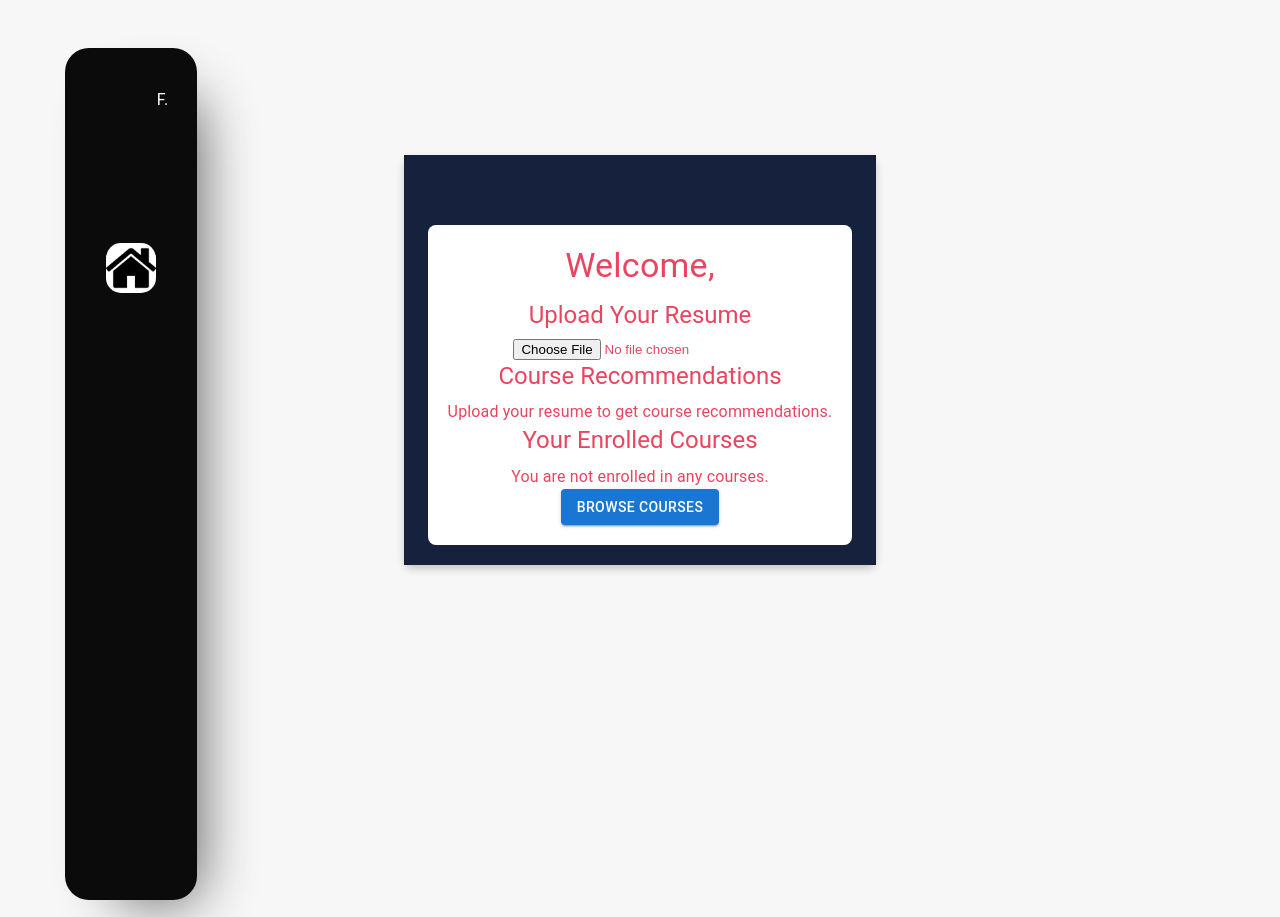
Repository: jvt2/OnlineCourseApp
Page: /dashboard
An editor plug-in stored every save of this project. The page is shown before and after the next save, followed by the edit.
The browser window is 1280 px wide. The pictures show the whole page.
The page's requests for data from a server got no answer. The project was rebuilt for these pictures with package versions that can differ from the ones it lists, and the page was loaded fresh each time. No one was signed in, and anything a server would have sent is missing. Also part of the build but not shown: src/features/auth/Register.js, src/features/auth/Login.js, src/features/courses/ResumeUpload.js, src/features/courses/CourseRecommendations.js, src/components/common/MyModal.js, src/features/courses/CourseCatalog.js, src/features/courses/CourseDetail.js, src/components/common/Navbar.js and 3 more. Imported but missing from the stored project, and not drawn on this page: src/app/reportWebVitals.

Above is the page before, as saved 2024-07-14 21:32:00.

### src/index.js
import React from 'react';
import ReactDOM from 'react-dom/client';
import { Provider } from 'react-redux';
import store from './redux/store';
import './index.css';
import App from './app/App';
import reportWebVitals from './app/reportWebVitals';

const root = ReactDOM.createRoot(document.getElementById('root'));
root.render(
  <React.StrictMode>
    <App />
  </React.StrictMode>
);

// If you want to start measuring performance in your app, pass a function
// to log results (for example: reportWebVitals(console.log))
// or send to an analytics endpoint. Learn more: https://bit.ly/CRA-vitals
reportWebVitals();

### src/redux/store.js
// src/redux/store.js

import { configureStore } from '@reduxjs/toolkit';
import userReducer from './userReducer';

const store = configureStore({
  reducer: {
    user: userReducer,
  },
});

export default store;

### src/app/App.js
import { BrowserRouter as Router, Route, Routes } from 'react-router-dom';
import React, { useState } from 'react';
import logo from '../logo.svg';
import './App.css';
import Register from '../features/auth/Register';
import Login from '../features/auth/Login';
import CourseCatalog from '../features/courses/CourseCatalog';
import CourseDetail from '../features/courses/CourseDetail';
import UserDashboard from '../features/dashboard/Dashboard';
import Navbar from '../components/common/Navbar';
import { Provider } from 'react-redux';
import store from '../redux/store'; // import your Redux store here
import Logout from '../features/auth/Logout'; // Import the Logout component
import Chatbot from '../features/chatbot/Chatbot';
import CourseRecommendations from '../features/courses/CourseRecommendations';
import axios from 'axios';
import ResumeUpload from '../features/courses/ResumeUpload';
import LandingPage from '../components/common/LandingPage';

function App() {
  const [loggedIn, setLoggedIn] = useState(false);
  const [users, setUsers] = useState([]);
  const [currentUser, setCurrentUser] = useState(null);
  const [recommendations, setRecommendations] = useState([]);

  const handleResumeUpload = (newRecommendations) => {
    console.log('New Recommendations:', newRecommendations);
    setRecommendations(newRecommendations);
  };

  const [courses, setCourses] = useState([
    {id: 1, name: 'Course 1', description: 'This is course 1'},
    {id: 2, name: 'Course 2', description: 'This is course 2'}
  ]);

  const handleRegister = async (username, password) => {
    try {
      const response = await axios.post('http://localhost:3001/register', { username, password });
      alert(response.data.message);
      // Log in the new user if registration is successful
      handleLogin(username, password);
    } catch (error) {
      alert(error.response.data.message);
    }
  };

  const handleLogin = async (username, password) => {
    try {
      const response = await axios.post('http://localhost:3001/login', { username, password });
      localStorage.setItem('token', response.data.token);
      setLoggedIn(true);
      setCurrentUser({ username });
    } catch (error) {
      alert('Login failed. Please check your username and password.');
    }
  };

  const handleEnroll = async (course) => {
    try {
      const token = localStorage.getItem('token');
      await axios.post('http://localhost:3001/enroll', { courseId: course.id }, {
        headers: { 'Authorization': `Bearer ${token}` }
      });
      setEnrolledCourses([...enrolledCourses, course]);
    } catch (error) {
      console.error('Enrollment failed', error);
    }
  };

  const [enrolledCourses, setEnrolledCourses] = useState([]);
  const [isModalOpen, setIsModalOpen] = useState(false);

  const handleSelectRecommendation = (recommendation) => {
    const newCourse = {
      id: courses.length + 1,
      name: recommendation.text,
      description: 'This is a recommended course based on your resume.'
    };

    setCourses([...courses, newCourse]);
    setEnrolledCourses([...enrolledCourses, newCourse]);
    setIsModalOpen(false);
  };

  return (
    <Provider store={store}>
      <Router>
        <div className="App">
          <Routes>
            <Route path="/" element={<LandingPage />} />
            <Route path="/register" element={<Register />} />
            <Route path="/login" element={<Login />} />
            <Route path="/dashboard" element={<UserDashboard />} /> {/* Added this line */}
          </Routes>
        </div>
      </Router>
    </Provider>
  );
}

export default App;

### src/redux/userReducer.js
// src/redux/userReducer.js
// src/redux/userReducer.js
import { createSlice } from '@reduxjs/toolkit';

const initialState = {
  id: null,
  email: null,
  token: null,
};

const userSlice = createSlice({
  name: 'user',
  initialState,
  reducers: {
    logIn(state, action) {
      state.id = action.payload.id;
      state.email = action.payload.email;
      state.token = action.payload.token;
    },
    logOut(state) {
      state.id = null;
      state.email = null;
      state.token = null;
    },
  },
});

export const { logIn, logOut } = userSlice.actions;
export default userSlice.reducer;

### src/app/App.css
/* App.css */
:root {
  --primary-bg-color: #1E1E2F;
  --secondary-bg-color: #282840;
  --primary-text-color: #F5F5F5;
  --link-color: #61dafb;
  --accent-color: #FF6B6B;
  --navbar-height: 4rem;
  --content-padding: 20px;
  --border-radius: 8px;
  --transition-duration: 0.3s;
  --gradient-bg-color: linear-gradient(120deg, #84fab0 0%, #8fd3f4 100%);
}

.App {
  text-align: center;
  font-family: 'Arial', sans-serif;
  background-color: var(--primary-bg-color);
}

.App-logo {
  height: 40vmin;
  pointer-events: none;
  filter: drop-shadow(0 0 10px var(--accent-color));
}

.App-header {
  background-color: var(--secondary-bg-color);
  min-height: 100vh;
  display: flex;
  flex-direction: column;
  align-items: center;
  justify-content: center;
  font-size: calc(10px + 2vmin);
  color: var(--primary-text-color);
  border-bottom-left-radius: var(--border-radius);
  border-bottom-right-radius: var(--border-radius);
}

.App-link {
  color: var(--link-color);
  transition: color var(--transition-duration);
}

.App-link:hover {
  color: var(--accent-color);
}

@media (prefers-reduced-motion: no-preference) {
  .App-logo {
    animation: App-logo-spin infinite 20s linear;
  }
}

@keyframes App-logo-spin {
  from {
    transform: rotate(0deg);
  }
  to {
    transform: rotate(360deg);
  }
}

.site-navbar {
  display: flex;
  align-items: center;
  background: var(--gradient-bg-color);
  padding: 10px 20px;
  height: var(--navbar-height);
  font-weight: 500;
  box-shadow: 0 4px 6px rgba(0, 0, 0, 0.1);
}

.navbar-nav {
  display: flex;
  align-items: center;
  list-style: none;
  margin: 0;
  padding: 0;
  flex-grow: 1;
  justify-content: center;
}

.nav-item {
  display: flex;
  align-items: center;
  justify-content: center;
  text-decoration: none;
  color: var(--primary-text-color);
  padding: 15px 25px;
  transition: all 0.3s ease-in-out;
  border-radius: var(--border-radius);
  position: relative;
}

.nav-item:before {
  content: '';
  position: absolute;
  top: 0;
  left: 0;
  width: 0;
  height: 100%;
  background: var(--accent-color);
  border-radius: var(--border-radius);
  transition: width 0.3s ease-in-out;
  z-index: -1;
}

.nav-item:hover:before {
  width: 100%;
}

.nav-item:hover {
  color: var(--secondary-bg-color);
  box-shadow: 0 4px 8px rgba(0, 0, 0, 0.2);
  text-decoration: none;
}

.navbar-brand {
  margin-right: auto;
  color: var(--primary-text-color);
  font-size: 1.5em;
  font-weight: bold;
}

.App-content {
  padding: var(--content-padding);
  color: var(--primary-text-color);
}

.App-footer {
  text-align: center;
  padding: var(--content-padding);
  background-color: var(--secondary-bg-color);
  color: var(--primary-text-color);
  box-shadow: 0 -4px 6px rgba(0, 0, 0, 0.1);
}

.course-recommendations {
  width: 80%;
  margin: auto;
  background: #f9f9f9;
  padding: 20px;
  border-radius: 5px;
  box-shadow: 0px 0px 10px rgba(0, 0, 0, 0.1);
}

.course-recommendations h2 {
  text-align: center;
  color: #333;
}

.course-recommendations .course {
  padding: 10px 0;
  border-bottom: 1px solid #eee;
}

.course-recommendations .course:last-child {
  border-bottom: none;
}

.course-recommendations .course button {
  margin-left: 10px;
}

body {
  background-color: #1a1a2e;
  color: #e94560;
}

.MuiContainer-root {
  background-color: #16213e;
  border-radius: 8px;
  padding: 20px;
  box-shadow: 0 4px 8px rgba(0, 0, 0, 0.2);
}

.customTextField .MuiInputBase-input {
  color: #fff;
  background-color: rgba(255, 255, 255, 0.1);
}

.customTextField .MuiInputLabel-root {
  color: rgba(255, 255, 255, 0.7);
}

.customTextField .MuiInputLabel-root.Mui-focused {
  color: #fff;
}

.customTextField .MuiOutlinedInput-root {
  &.Mui-focused .MuiOutlinedInput-notchedOutline {
    border-color: #fff;
  }
  & .MuiOutlinedInput-notchedOutline {
    border-color: rgba(255, 255, 255, 0.5);
  }
}

### src/features/dashboard/Dashboard.js
// src/features/dashboard/Dashboard.js
import React, { useEffect, useState } from 'react';
import axios from 'axios';
import { useSelector } from 'react-redux';
import { Container, Typography, Button, Box, List, ListItem, ListItemText } from '@mui/material';
import { useNavigate } from 'react-router-dom';
import './Dashboard.css'; // Correct import for CSS

function Dashboard() {
  const [enrolledCourses, setEnrolledCourses] = useState([]);
  const [recommendations, setRecommendations] = useState([]);
  const token = useSelector(state => state.user.token);
  const userId = useSelector(state => state.user.id);
  const userEmail = useSelector(state => state.user.email);
  const navigate = useNavigate();

  useEffect(() => {
    const fetchEnrolledCourses = async () => {
      try {
        const response = await axios.get(`http://localhost:3001/user/${userId}/courses`, {
          headers: { Authorization: `Bearer ${token}` }
        });
        setEnrolledCourses(response.data);
      } catch (error) {
        console.error('Error fetching enrolled courses:', error);
      }
    };

    const fetchRecommendations = async () => {
      try {
        const response = await axios.get(`http://localhost:3001/user/${userId}/recommendations`, {
          headers: { Authorization: `Bearer ${token}` }
        });
        setRecommendations(response.data);
      } catch (error) {
        console.error('Error fetching recommendations:', error);
      }
    };

    fetchEnrolledCourses();
    fetchRecommendations();
  }, [userId, token]);

  const handleResumeUpload = async (event) => {
    const formData = new FormData();
    formData.append('resume', event.target.files[0]);

    try {
      const response = await axios.post('http://localhost:3001/uploadResume', formData, {
        headers: {
          'Content-Type': 'multipart/form-data',
          Authorization: `Bearer ${token}`,
        },
      });
      setRecommendations(response.data.recommendations);
    } catch (error) {
      console.error('Error uploading resume:', error);
    }
  };

  return (
    <Container component="main" maxWidth="md">
      <Box className="sidebar">
        <div className="sidebar-blur"></div>
        <div className="sidebar-main">
          <Typography className="sidebar-logo">F.</Typography>
          <div className="sidebar-icon icon-home"></div>
          <div className="sidebar-icon icon-graduation"></div>
          <div className="sidebar-icon icon-user"></div>
          <div className="sidebar-icon icon-message"></div>
          <div className="sidebar-icon icon-settings"></div>
          <div className="sidebar-icon icon-logout"></div>
        </div>
      </Box>
      <Box className="dashboard-container">
        <Typography className="dashboard-header" variant="h4" gutterBottom>
          Welcome, {userEmail}
        </Typography>
        <Box className="upload-container">
          <Typography variant="h5" gutterBottom>
            Upload Your Resume
          </Typography>
          <input type="file" onChange={handleResumeUpload} accept=".pdf,.doc,.docx,.txt" />
        </Box>
        <Box className="recommendations-container">
          <Typography variant="h5" gutterBottom>
            Course Recommendations
          </Typography>
          {recommendations.length > 0 ? (
            <List>
              {recommendations.map((rec, index) => (
                <ListItem key={index}>
                  <ListItemText primary={rec.title} secondary={rec.description} />
                </ListItem>
              ))}
            </List>
          ) : (
            <Typography variant="body1">Upload your resume to get course recommendations.</Typography>
          )}
        </Box>
        <Box className="enrolled-courses-container">
          <Typography variant="h5" gutterBottom>
            Your Enrolled Courses
          </Typography>
          {enrolledCourses.length > 0 ? (
            <List>
              {enrolledCourses.map(course => (
                <ListItem key={course.id}>
                  <ListItemText primary={course.name} />
                </ListItem>
              ))}
            </List>
          ) : (
            <Typography variant="body1">You are not enrolled in any courses.</Typography>
          )}
        </Box>
        <Box className="button-container">
          <Button variant="contained" color="primary" onClick={() => navigate('/courses')}>
            Browse Courses
          </Button>
        </Box>
      </Box>
    </Container>


  );
}

export default Dashboard;

### src/features/auth/Logout.js
// Logout.js
import { useEffect } from 'react';
import { useDispatch } from 'react-redux';
import { useNavigate } from 'react-router-dom';
import { logOut } from '../../redux/reducers/userslice'; // Import the logOut action

function Logout() {
  const navigate = useNavigate();
  const dispatch = useDispatch();

  useEffect(() => {
    localStorage.removeItem('token'); // Remove the token from local storage
    dispatch(logOut()); // Dispatch the logOut action
    navigate('/login'); // Navigate to the login page
  }, [dispatch, navigate]);

  return null;
}

export default Logout;

### src/components/common/LandingPage.css
body {
    display: flex;
    justify-content: center;
    align-items: center;
    height: 100vh;
    background-color: #f7f7f7;
    margin: 0;
    font-family: 'Roboto', sans-serif;
  }

  .sign-in-container {
    display: flex;
    justify-content: center;
    align-items: center;
    height: 100%;
    width: 100%;
  }

  .sign-in-form {
    background-color: white;
    padding: 60px;
    border-radius: 10px;
    box-shadow: 0 4px 8px rgba(0, 0, 0, 0.1);
    text-align: center;
    max-width: 600px;
    width: 90%;
  }

  .logo {
    width: 200px;
    height: 200px;
    margin-bottom: 30px;
    background-color: white;
    border-radius: 10px;
  }

  h1 {
    margin: 0;
    font-size: 32px;
    font-weight: 700;
  }

  .subtitle {
    margin: 10px 0;
    color: #555;
    font-size: 18px;
  }

  .google-sign-in {
    background-color: #ffffff;
    color: #000;
    border: 1px solid #ccc;
    padding: 15px;
    width: 100%;
    border-radius: 5px;
    margin-bottom: 30px;
    display: flex;
    justify-content: center;
    align-items: center;
    cursor: pointer;
    font-size: 18px;
    font-weight: 500;
    transition: background-color 0.3s;
  }

  .google-sign-in:hover {
    background-color: #f0f0f0;
  }

  .google-logo {
    width: 25px;
    margin-right: 10px;
  }

  .separator {
    display: flex;
    align-items: center;
    text-align: center;
    margin: 30px 0;
    color: #aaa;
    font-size: 18px;
  }

  .separator::before,
  .separator::after {
    content: '';
    flex: 1;
    border-bottom: 1px solid #ccc;
  }

  .separator:not(:empty)::before {
    margin-right: .5em;
  }

  .separator:not(:empty)::after {
    margin-left: .5em;
  }

  .email-input,
  .password-input {
    width: 100%;
    padding: 15px;
    margin-bottom: 30px;
    border: 1px solid #ccc;
    border-radius: 5px;
    font-size: 18px;
    transition: border-color 0.3s;
  }

  .email-input:focus,
  .password-input:focus {
    border-color: #007bff;
    outline: none;
  }

  .continue-button {
    background-color: #9b51e0;
    color: white;
    border: none;
    padding: 15px;
    width: 100%;
    border-radius: 5px;
    font-size: 18px;
    font-weight: 500;
    cursor: pointer;
    transition: background-color 0.3s;
    margin-bottom: 10px; /* Add margin to separate the buttons */
  }

  .continue-button:hover {
    background-color: #7a3bc0;
  }

  .email-error {
    color: red;
    margin-top: 10px;
    font-size: 14px;
  }


  .back-button {
    background-color: #ccc;
    color: white;
    border: none;
    padding: 15px;
    width: 100%;
    border-radius: 5px;
    font-size: 18px;
    font-weight: 500;
    cursor: pointer;
    transition: background-color 0.3s;
    margin-bottom: 10px; /* Add margin to separate the buttons */
  }

  .back-button:hover {
    background-color: #aaa;
  }

  .sign-up-link {
    margin-top: 30px;
    color: #aaa;
    font-size: 18px;
  }

  .sign-up-link a {
    color: #9b51e0;
    text-decoration: none;
  }

  .sign-up-link a:hover {
    text-decoration: underline;
  }

### src/features/dashboard/Dashboard.css
/* Dashboard CSS */

/* General styles for the dashboard */
.dashboard-container {
    background: #FFFFFF;
    padding: 20px;
    border-radius: 8px;
    margin-top: 50px;
    text-align: center;
  }

  /* Sidebar styles */
  .sidebar {
    position: absolute;
    width: 132px;
    height: 853.12px;
    left: 32.34px;
    top: 24.02px;
    display: flex;
    flex-direction: column;
    align-items: center;
    justify-content: space-around; /* Evenly distribute space around the items */
    padding: 20px 0;
  }

  .sidebar-blur {
    position: absolute;
    width: 81.01px;
    height: 804px;
    left: 83.32px;
    top: 73.14px;
    background: #0C0B0B;
    opacity: 0.7;
    filter: blur(30px);
    border-radius: 24px;
  }

  .sidebar-main {
    position: absolute;
    width: 132px;
    height: 852px;
    left: 32.34px;
    top: 24.02px;
    background: #0C0B0B;
    border-radius: 24px;
  }

  .sidebar-logo {
    position: absolute;
    width: 47px;
    height: 102px;
    left: 74.46px;
    top: 39.67px;
    font-family: 'Baloo Bhai';
    font-style: normal;
    font-weight: 400;
    font-size: 64px;
    line-height: 102px;
    color: #FFFFFF;
    margin-bottom: 40px; /* Adjust as needed */
  }

  .sidebar-icon {
    position: absolute;
    width: 26px;
    height: 26px;
    left: 85.15px;
    margin-bottom: 30px; /* Adjust as needed */
  }

  .sidebar-icon.icon-home {
    width: 50px;
    height: 50px;
    background-image: url('/public/assets/home-icon-1.png');
    border-radius: 30%;
    position: absolute;
    left: 50%;
    transform: translateX(-50%);
    background-size: contain;
    background-repeat: no-repeat;
    top:22.84%;
  }

  .icon-graduation {
    top: 32.84%;
    background-position: center;
  }

  .icon-user {
    top: 42.46%;
    background-position: center;
  }

  .icon-message {
    top: 52.44%;
    background-position: center;
  }

  .icon-settings {
    top: 62.11%;
  }

  .icon-logout {
    top: 89.95%;
    background-position: center;
  }

  .icon-background {
    background: #FFFFFF;
    background-position: center;
  }

### src/redux/reducers/userslice.js
import { createSlice } from '@reduxjs/toolkit';

const userSlice = createSlice({
  name: 'user',
  initialState: { name: '', loggedIn: false },
  reducers: {
    logIn: (state, action) => {
      state.name = action.payload.name;
      state.loggedIn = true;
    },
    logOut: (state) => {
      state.name = '';
      state.loggedIn = false;
    }
  }
});

export const { logIn, logOut } = userSlice.actions;
export default userSlice.reducer;

Loaded but not shown: public/index.html (common file); src/index.css (common file)

After the next save:
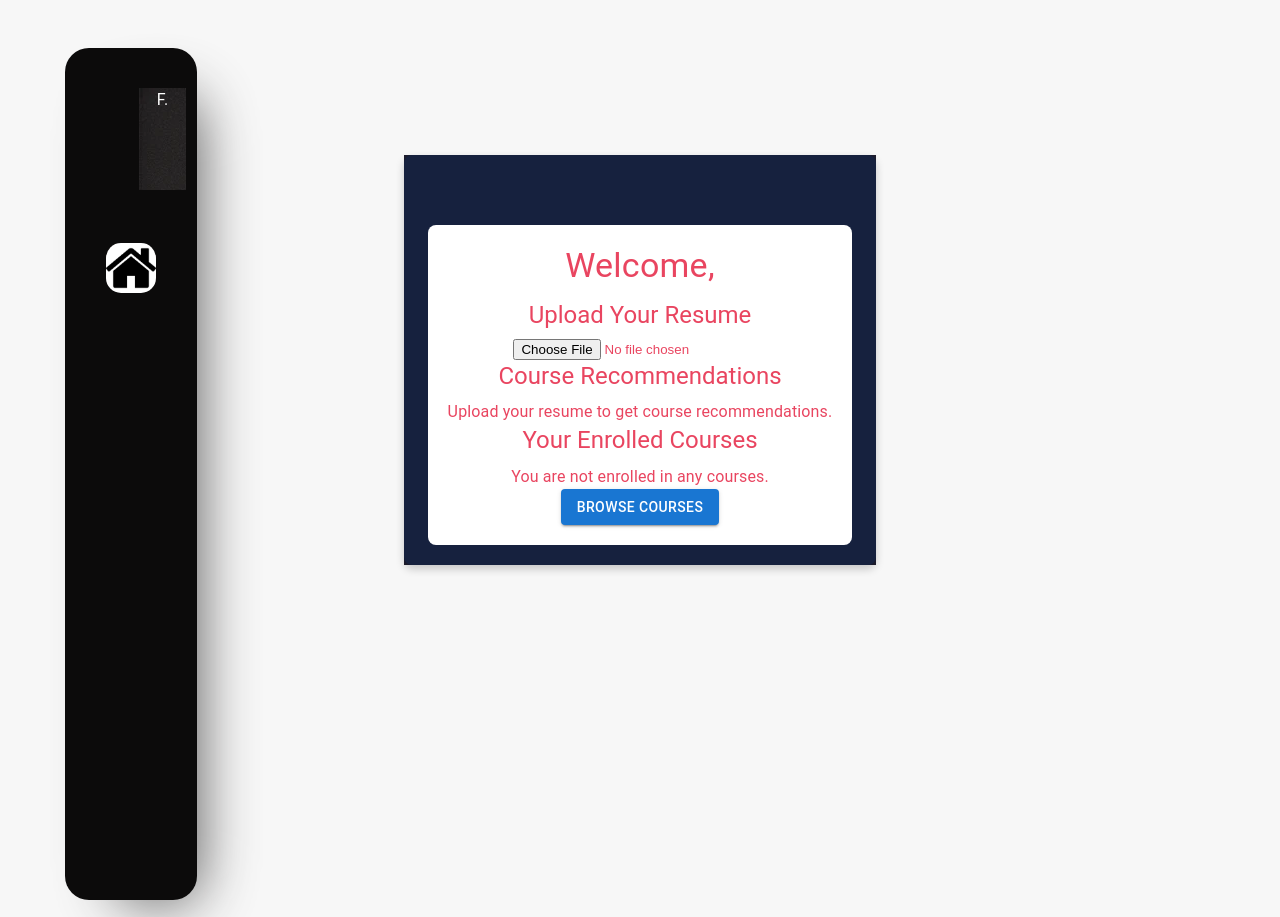
Saved 13 min 5 s later.
--- a/src/features/dashboard/Dashboard.css
+++ b/src/features/dashboard/Dashboard.css
@@ -56,6 +56,7 @@
     font-weight: 400;
     font-size: 64px;
     line-height: 102px;
+    background-image: url('/public/assets/sidebar-logo.png');
     color: #FFFFFF;
     margin-bottom: 40px; /* Adjust as needed */
   }
